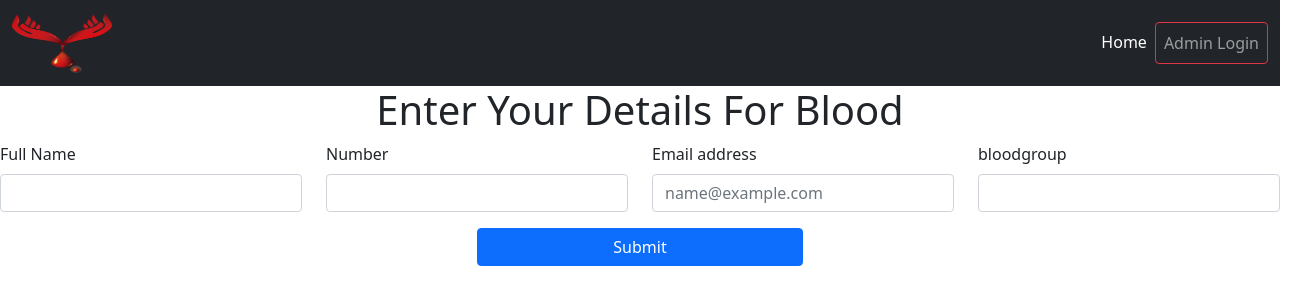
Repository: kshitizJ/Blood-Bank-Management-System-in-jsp
Page: http://localhost/Blood_Bank_Management_System/
These files come from the project's save history. The page is drawn as it stood at one moment and after the next save; the edit follows.
The browser window is 1280 px wide. The page is 1292 px wide, then 1280 px, so the pictures cover 1292 px, including what lies to the right of the window. The pictures show the whole page.
The page is served by Tomcat 9.

Above is the page before, as saved 2021-04-27 06:54:23.

After the next save:
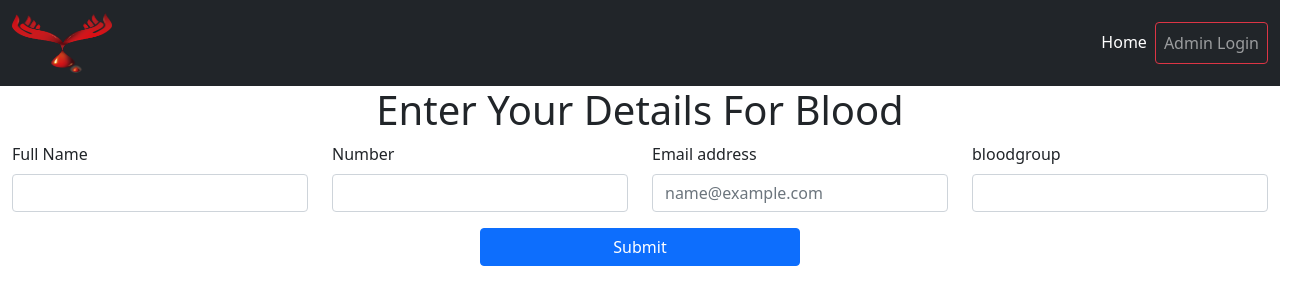
Saved 2 min 28 s later.
--- a/Blood Bank Management System/WebContent/index.jsp
+++ b/Blood Bank Management System/WebContent/index.jsp
@@ -38,35 +38,36 @@
 			</div>
 		</div>
 	</nav>
-	<div class="row">
-		<div class="col-12">
-			<h1 class="text-center">Enter Your Details For Blood</h1>
-		</div>
-		<div class="col-12">
-			<form class="row d-flex justify-content-center"
-				action="indexFormAction.jsp" method="POST">
-				<div class="mb-3 col-md-3">
-					<label for="name" class="form-label">Full Name</label> <input
-						type="text" class="form-control" id="name">
-				</div>
-				<div class="mb-3 col-md-3">
-					<label for="number" class="form-label">Number</label> <input
-						type="text" class="form-control" id="number">
-				</div>
-				<div class="mb-3 col-md-3">
-					<label for="email" class="form-label">Email address</label> <input
-						type="email" class="form-control" id="email"
-						placeholder="name@example.com">
-				</div>
-				<div class="mb-3 col-md-3">
-					<label for="bgrp" class="form-label">bloodgroup</label> <input
-						type="text" class="form-control" id="bgrp">
-				</div>
-				<button type="submit" class="btn btn-primary col-3">Submit</button>
-			</form>
+	<div class="container-fluid">
+		<div class="row">
+			<div class="col-12">
+				<h1 class="text-center">Enter Your Details For Blood</h1>
+			</div>
+			<div class="col-12">
+				<form class="row d-flex justify-content-center"
+					action="indexFormAction.jsp" method="POST">
+					<div class="mb-3 col-md-3">
+						<label for="name" class="form-label">Full Name</label> <input
+							type="text" class="form-control" id="name">
+					</div>
+					<div class="mb-3 col-md-3">
+						<label for="number" class="form-label">Number</label> <input
+							type="text" class="form-control" id="number">
+					</div>
+					<div class="mb-3 col-md-3">
+						<label for="email" class="form-label">Email address</label> <input
+							type="email" class="form-control" id="email"
+							placeholder="name@example.com">
+					</div>
+					<div class="mb-3 col-md-3">
+						<label for="bgrp" class="form-label">bloodgroup</label> <input
+							type="text" class="form-control" id="bgrp">
+					</div>
+					<button type="submit" class="btn btn-primary col-3">Submit</button>
+				</form>
+			</div>
 		</div>
 	</div>
-
 </body>
 <script
 	src="https://cdn.jsdelivr.net/npm/bootstrap@5.0.0-beta3/dist/js/bootstrap.bundle.min.js"
